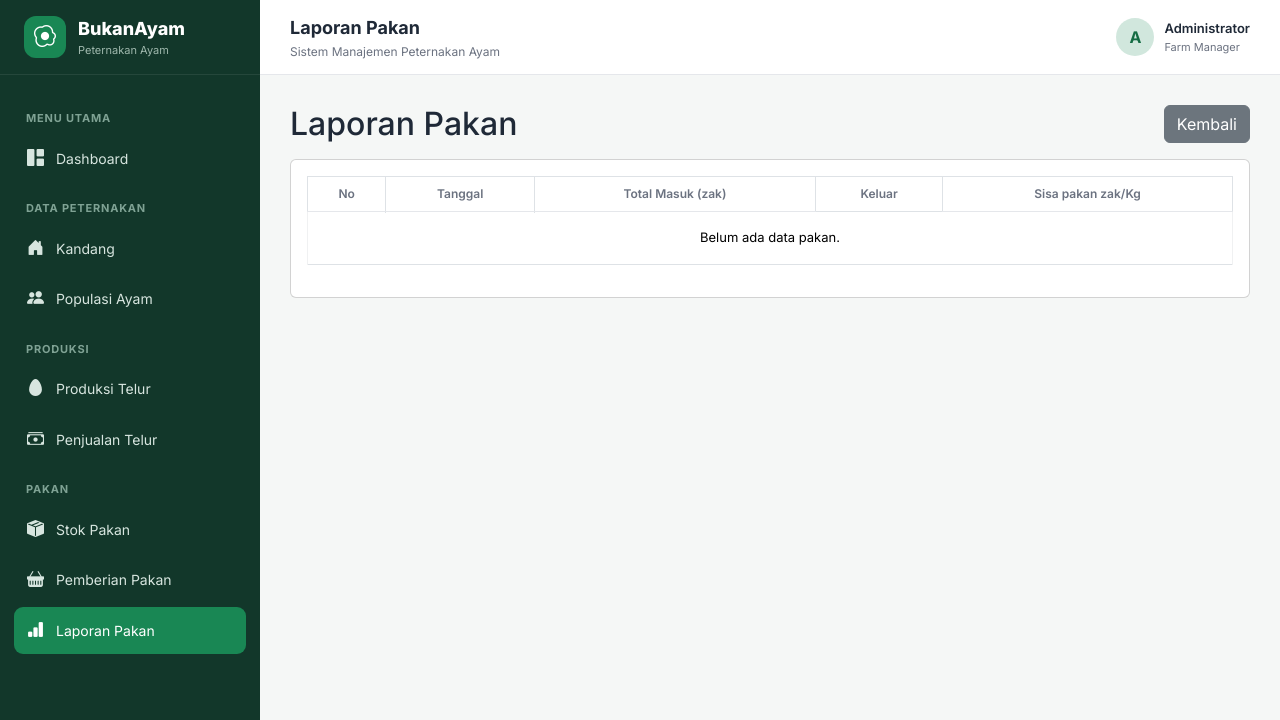
Repository: syafira-nur25/bukanayampart1
Page: http://localhost/laporan-pakan
The author's editor kept a copy of each file at every save. The page is drawn from the files as they stood at one save, then again after the next save.
The browser window is 1280 px wide. The pictures show the whole page.
The page is served by the project's Laravel application, run on PHP 8.4 with Laravel 12. Queries for data that is not in the repository find no rows.

Above is the page before, as saved 2026-08-16 21:28:32.

After the next save:
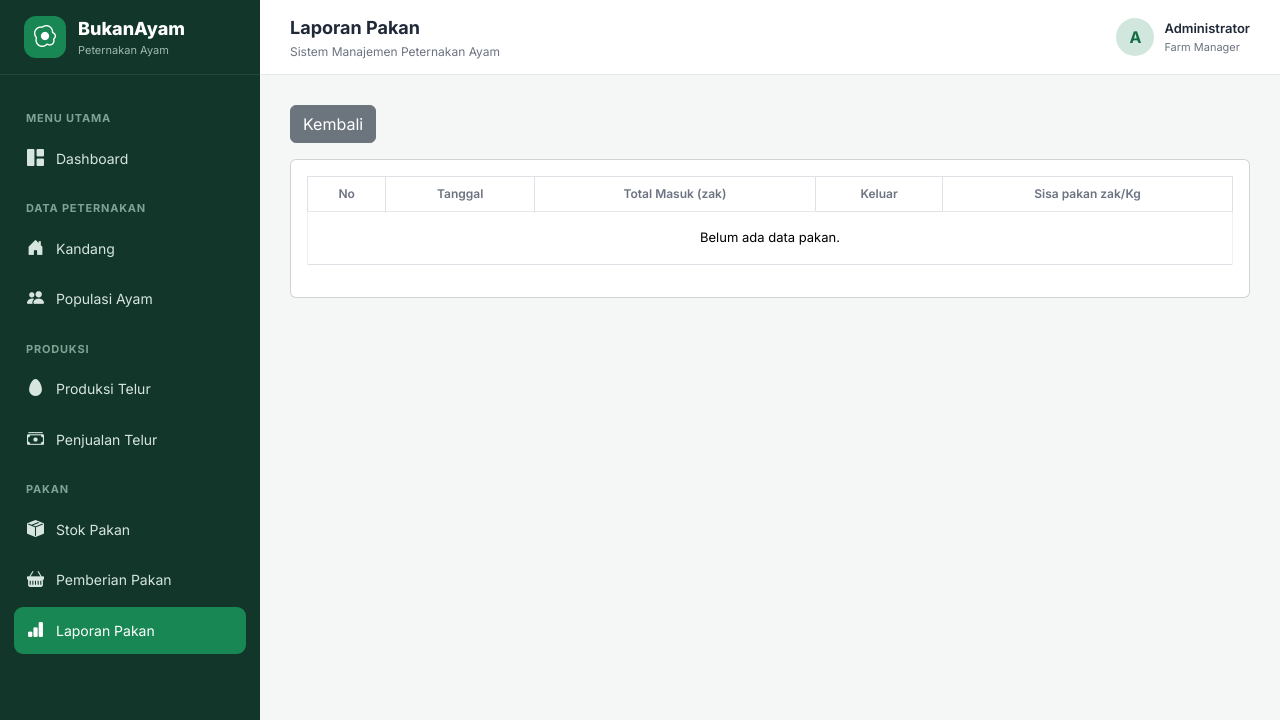
Saved 70 min 1 s later.
--- a/resources/views/pakan_kandang/laporan.blade.php
+++ b/resources/views/pakan_kandang/laporan.blade.php
@@ -4,7 +4,6 @@
 
 @section('content')
 <div class="d-flex justify-content-between align-items-center mb-3">
-    <h2 class="mb-0">Laporan Pakan</h2>
     <a href="{{ route('pakan-kandang.index') }}" class="btn btn-secondary">Kembali</a>
 </div>
 
